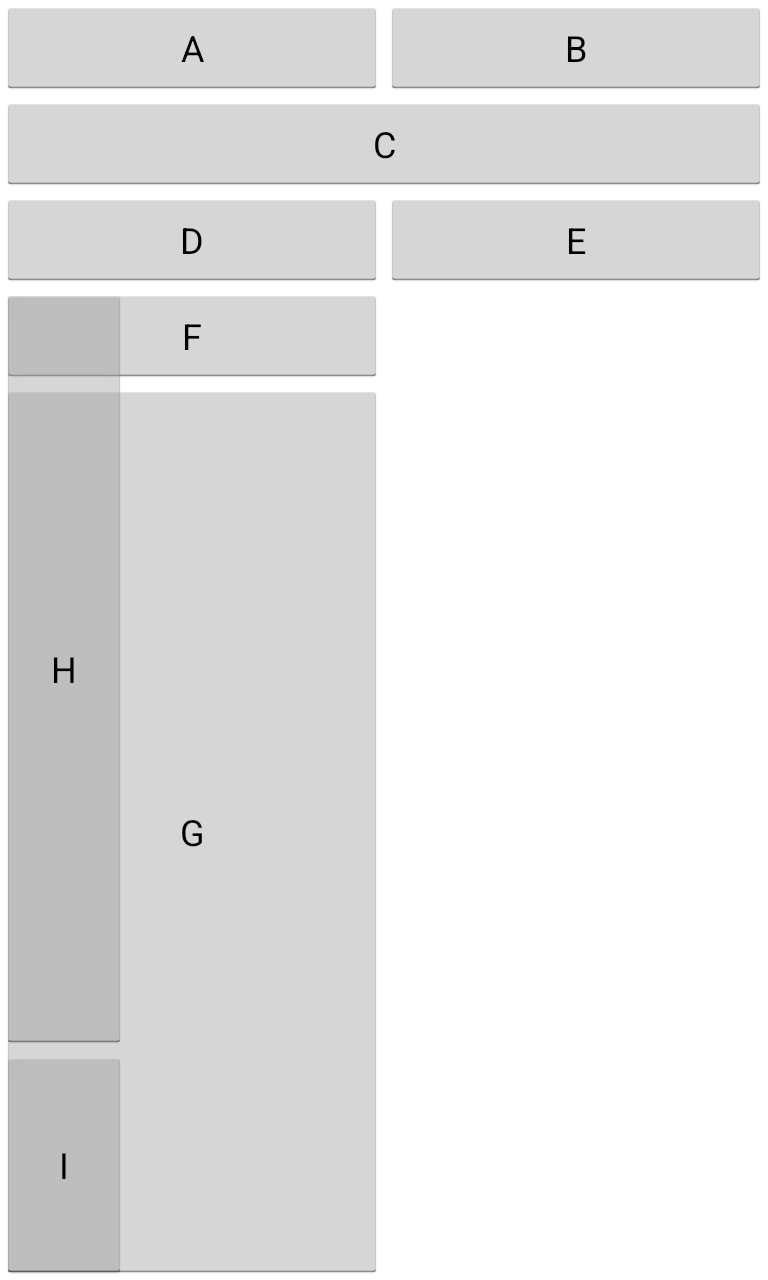
Repository: iracom/ejercicios-android
Layout: Layouts/res/layout/activity_relative.xml
These files come from the project's save history. The layout is drawn as it stood at one moment and after the next save; the edit follows.
It is drawn on a 768 x 1280 px phone screen (xhdpi) without system bars, with theme AppTheme; the app's code is not run.

Above is the layout before, as saved 2014-05-07 08:05:24.

### Layouts/res/layout/activity_relative.xml
<RelativeLayout xmlns:android="http://schemas.android.com/apk/res/android"
    xmlns:tools="http://schemas.android.com/tools"
    android:id="@+id/container"
    android:layout_width="match_parent"
    android:layout_height="match_parent"
    tools:context="com.iraitzcompains.layouts.RelativeActivity"
    tools:ignore="MergeRootFrame" >

    <TextView
        android:id="@+id/textView1"
        android:layout_width="wrap_content"
        android:layout_height="wrap_content"
        android:layout_centerInParent="true" />

    <Button
        android:id="@+id/button1"
        android:layout_width="match_parent"
        android:layout_height="wrap_content"
        android:layout_alignParentLeft="true"
        android:layout_alignRight="@id/textView1"
        android:text="@string/button_a" />

    <Button
        android:id="@+id/button2"
        android:layout_width="match_parent"
        android:layout_height="wrap_content"
        android:layout_alignLeft="@id/textView1"
        android:layout_alignParentRight="true"
        android:text="@string/button_b" />

    <Button
        android:id="@+id/button3"
        android:layout_width="wrap_content"
        android:layout_height="wrap_content"
        android:layout_alignParentLeft="true"
        android:layout_alignParentRight="true"
        android:layout_below="@id/button1"
        android:layout_centerHorizontal="true"
        android:text="@string/button_c" />

    <TextView
        android:id="@+id/textView2"
        android:layout_width="wrap_content"
        android:layout_height="wrap_content"
        android:layout_below="@id/button3"
        android:layout_centerInParent="true" />

    <Button
        android:id="@+id/button4"
        android:layout_width="match_parent"
        android:layout_height="wrap_content"
        android:layout_alignParentLeft="true"
        android:layout_alignRight="@id/textView2"
        android:layout_below="@id/button3"
        android:text="@string/button_d" />

    <Button
        android:id="@+id/button5"
        android:layout_width="match_parent"
        android:layout_height="wrap_content"
        android:layout_alignLeft="@id/textView2"
        android:layout_alignParentRight="true"
        android:layout_below="@id/button3"
        android:text="@string/button_e" />

    <TextView
        android:id="@+id/textView3"
        android:layout_width="wrap_content"
        android:layout_height="match_parent"
        android:layout_alignParentBottom="true"
        android:layout_centerHorizontal="true" />

    <Button
        android:id="@+id/button6"
        android:layout_width="match_parent"
        android:layout_height="wrap_content"
        android:layout_alignParentLeft="true"
        android:layout_alignRight="@id/textView3"
        android:layout_below="@id/button4"
        android:text="@string/button_f" />

    <Button
        android:id="@+id/button7"
        android:layout_width="match_parent"
        android:layout_height="match_parent"
        android:layout_alignParentBottom="true"
        android:layout_alignParentLeft="true"
        android:layout_alignRight="@id/textView3"
        android:layout_below="@id/button6"
        android:text="@string/button_g" />

    <LinearLayout
        android:layout_width="wrap_content"
        android:layout_height="match_parent"
        android:layout_below="@id/button5"
        android:orientation="vertical" >

        <Button
            android:id="@+id/button8"
            android:layout_width="wrap_content"
            android:layout_height="wrap_content"
            android:layout_weight="5"
            android:text="@string/button_h" />

        <Button
            android:id="@+id/button9"
            android:layout_width="wrap_content"
            android:layout_height="wrap_content"
            android:layout_weight="1"
            android:text="@string/button_i" />

    </LinearLayout>

</RelativeLayout>

### Layouts/res/values/strings.xml
<?xml version="1.0" encoding="utf-8"?>
<resources>

    <string name="app_name">Layouts</string>
    <string name="hello_world">Hello world!</string>
    <string name="action_settings">Settings</string>
    <string name="button_a">A</string>
    <string name="button_b">B</string>
    <string name="button_c">C</string>
    <string name="button_d">D</string>
    <string name="button_e">E</string>
    <string name="button_f">F</string>
    <string name="button_g">G</string>
    <string name="button_h">H</string>
    <string name="button_i">I</string>
    <string name="title_activity_relative">RelativeActivity</string>

</resources>

Loaded but not shown: Layouts/res/values/styles.xml (common file); Layouts/res/values-v11/styles.xml (common file); Layouts/res/values-v14/styles.xml (common file)

After the next save:
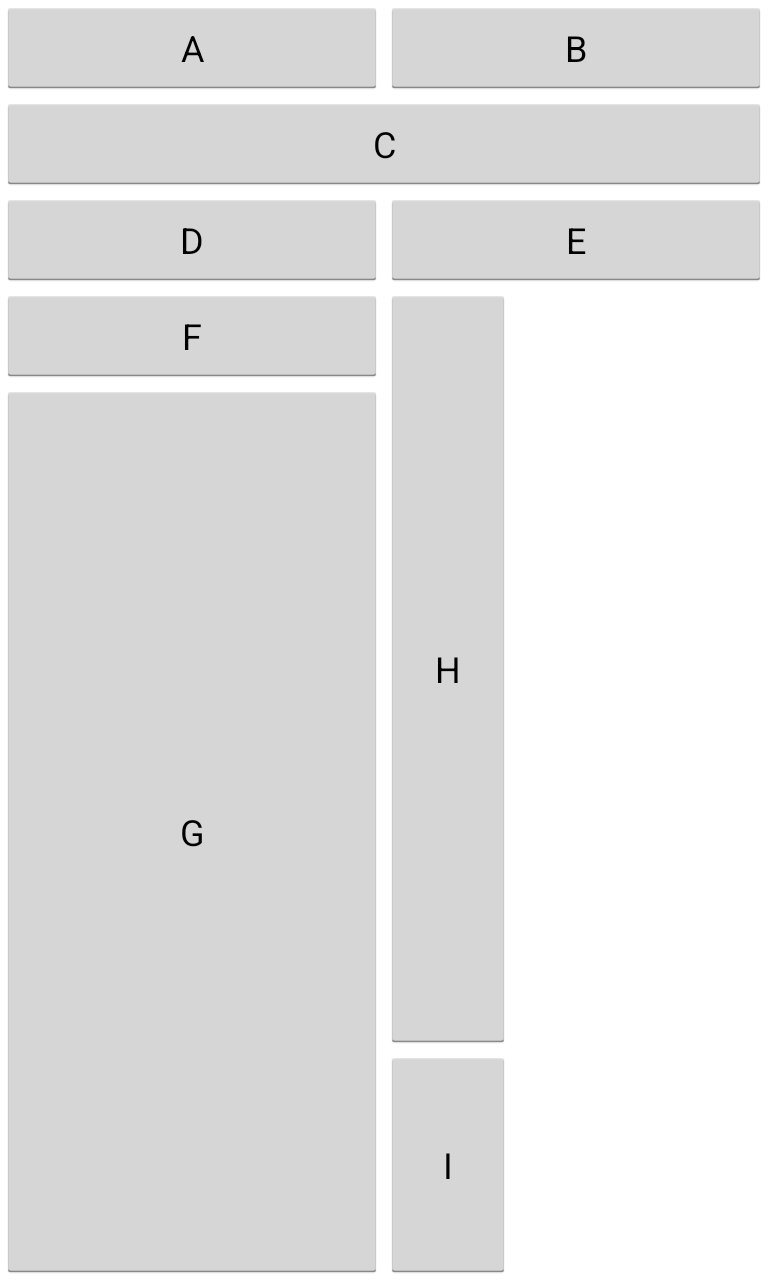
Saved 25 s later.
--- a/Layouts/res/layout/activity_relative.xml
+++ b/Layouts/res/layout/activity_relative.xml
@@ -93,6 +93,7 @@
         android:layout_width="wrap_content"
         android:layout_height="match_parent"
         android:layout_below="@id/button5"
+        android:layout_alignLeft="@id/textView3"
         android:orientation="vertical" >
 
         <Button
